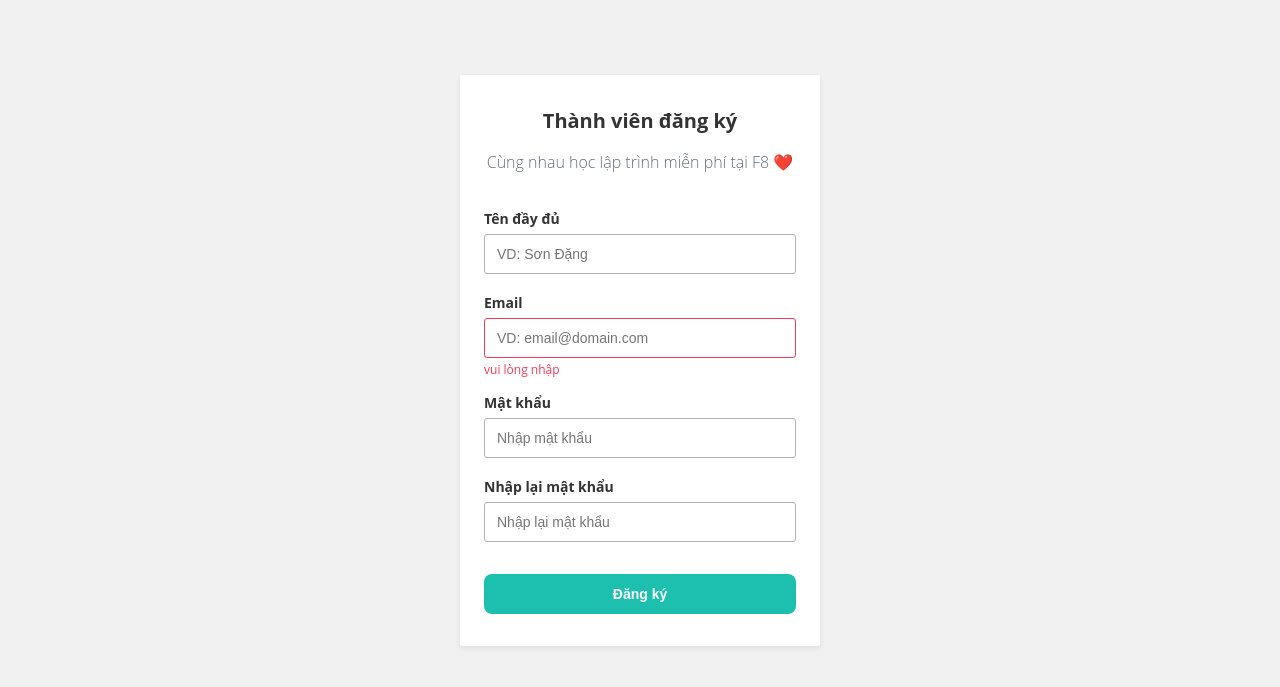
Repository: tatvanhco/from-login
Page: index.html
These files come from the project's save history. The page is drawn as it stood at one moment and after the next save; the edit follows.
The browser window is 1280 px wide. The pictures show the whole page.

Above is the page before, as saved 2022-06-22 11:09:59.

After the next save:
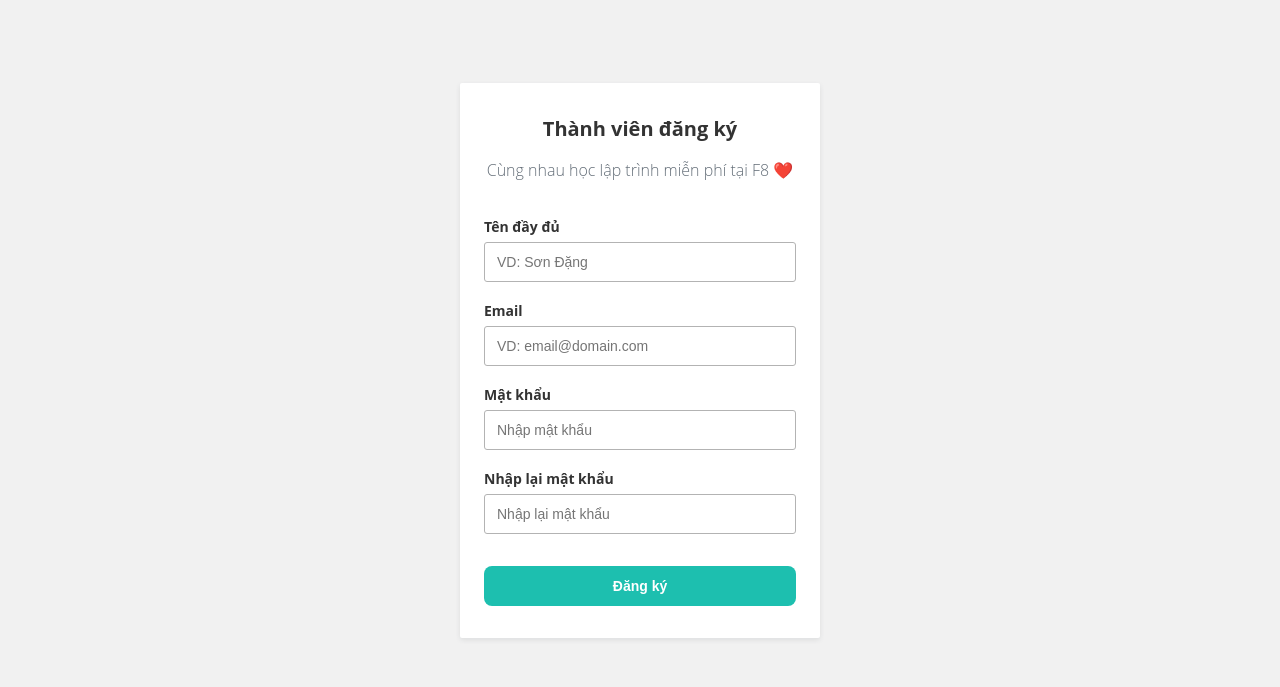
Saved 15 s later.
--- a/index.html
+++ b/index.html
@@ -22,10 +22,10 @@
             <span class="form-message"></span>
           </div>
 
-          <div class="form-group invalid">
+          <div class="form-group">
             <label for="email" class="form-label">Email</label>
             <input id="email" name="email" type="text" placeholder="VD: email@domain.com" class="form-control">
-            <span class="form-message">vui lòng nhập </span>
+            <span class="form-message"></span>
           </div>
 
           <div class="form-group">
